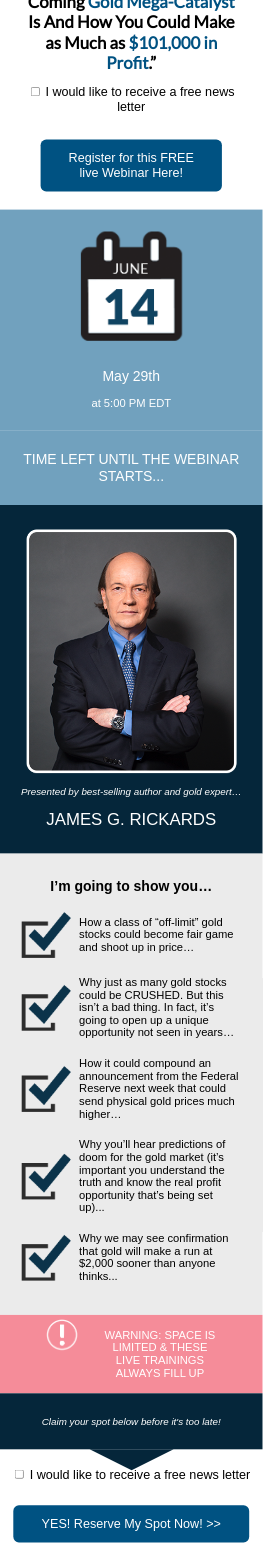
Repository: KrystellBarraza/Test
Page: index.html
These files come from the project's save history. The page is drawn as it stood at one moment and after the next save; the edit follows.
The browser window is 375 px wide. The pictures show the part of the page from y = 418 to 2658 px (the page is 2658 px tall before and 2640 px after), at 70% of full size.

Above is the page before, as saved 2019-10-07 11:41:30.

### index.html
<!DOCTYPE <!DOCTYPE html>
<!--[if lt IE 7]>      <html class="no-js lt-ie9 lt-ie8 lt-ie7"> <![endif]-->
<!--[if IE 7]>         <html class="no-js lt-ie9 lt-ie8"> <![endif]-->
<!--[if IE 8]>         <html class="no-js lt-ie9"> <![endif]-->
<!--[if gt IE 8]><!--> <html class="no-js"> <!--<![endif]-->
    <head>
        <meta charset="utf-8">
        <meta http-equiv="X-UA-Compatible" content="IE=edge">
        <title>Newsletter Offer</title>
        <meta name="description" content="Newsletter">
        <meta name="viewport" content="width=device-width, initial-scale=1">
        <link href="https://fonts.googleapis.com/css?family=Lato&display=swap" rel="stylesheet">
        <link rel="stylesheet" href="style.css">
    </head>
    <body>
        <div class="container-top">
            <div class="header">
                <p>Best-Selling Author and Gold Expert<br> Jim Rickards’ Presents…</p>
            </div>

            <div class="content">
                <hr style="border: 2px solid #005282">
                <br>

                <h1>“In just days a Never-Before- Seen Gold Anomaly
                    Will Create a Totally New Class of Penny Gold Stocks...
                    <br>
                    <br>
                    I’ve Enlisted One of the World’s Top Geologists
                    to Help Me Reveal... Live on Camera… What This<br>
                    Coming <span class="highlight">Gold Mega-Catalyst</span> Is And How You Could Make
                    as Much as <span class="highlight">$101,000 in Profit</span>.”
                </h1>
                <br>

                <input type="checkbox" name="signup" value="yes"><span style="font-size: 18px; font-family: arial, sans-serif;"> I would like to receive a free news letter</span><br>
                <br>
                <br>
                <div class="button-container">
                    <button class="button button-top"><span style="font-size: 18px; font-family: arial, sans-serif; font-weight: 500;">Register for this FREE <br>live Webinar Here!</span></button>
                </div>
            </div>
        </div>

        <div class="container-middle">
            <div class="blocks blocks-left">
                <img src="images/Calendar.png">
                <br>
                <br>
                <br>
                <p style="color: #fff; font-weight: 500;">May 29th</p>
                <br>
                <span class="time">at 5:00 PM EDT</span>
            </div>

            <div class="blocks blocks-right">
                <p style="color: #fff;">TIME LEFT UNTIL THE WEBINAR STARTS...</p>
            </div>
        </div>

        <div class="container-bottom">
            <div class="block-left">
                <img src="images/JimRickards.png">
                <br>
                <br>
                <p style="color: #fff; font-size: 14px; font-style: italic;">Presented by best-selling author and gold expert…</p>
                <br>
                <p style="color: #fff; font-size: 24px;">JAMES G. RICKARDS</p>
            </div>

            <div class="block-right">
                <p style="text-align: center; font-weight: bold;">I’m going to show you…</p>

                <table>
                    <tr>
                        <td><img src="images/checkmark.png"></td>
                        <td><p style="font-size: 16px;">How a class of “off-limit” gold stocks could become fair game and shoot up in price…</p></td>
                    </tr>

                    <tr>
                        <td><img src="images/checkmark.png"></td>
                        <td><p style="font-size: 16px;">Why just as many gold stocks could be CRUSHED. But this isn’t a bad thing.
                        In fact, it’s going to open up a unique opportunity not seen in years…</p></td>
                    </tr>

                    <tr>
                        <td><img src="images/checkmark.png"></td>
                        <td><p style="font-size: 16px;">How it could compound an announcement from the Federal Reserve next week
                        that could send physical gold prices much higher…</p></td>
                    </tr>

                    <tr>
                        <td><img src="images/checkmark.png"></td>
                        <td><p style="font-size: 16px;">Why you’ll hear predictions of doom for the gold market (it’s important you
                        understand the truth and know the real profit opportunity that’s being set up)...</p></td>
                    </tr>

                    <tr>
                        <td><img src="images/checkmark.png"></td>
                        <td><p style="font-size: 16px;">Why we may see confirmation that gold will make a run at $2,000 sooner than
                        anyone thinks...</p></td>
                    </tr>
                </table>
            </div>

        </div>

        <div class="container-footer">
            <div class="warning">
                <img src="images/exclamation.png" class="exclamation-mark"/>
                <p style="color: #fff; font-size: 16px;" class="warning-text">WARNING: SPACE IS LIMITED & THESE LIVE TRAININGS ALWAYS FILL UP</p>
            </div>

            <div class="claim">
                <p style="color: #fff; font-size: 14px; font-style: italic;">Claim your spot below before it's too late!</p>
            </div>

            <div class="checkbox">
                <input type="checkbox" name="signup" value="yes"><span style="font-size: 18px; font-family: arial, sans-serif;"> I would like to receive a free news letter</span><br>
            </div>

            <div class="closing-button">
                <button class="button button-top"><span style="font-size: 18px; font-family: arial, sans-serif; font-weight: 500;">YES! Reserve My Spot Now! >></span></button>
            </div>

            <div class="footer">
                <br>
                <br>
            </div>
        </div>

        <script src="app.js" async defer></script>
    </body>
</html>

### style.css
* {
    box-sizing: border-box;
}

html {
    scroll-behavior: smooth;
}

body {
    margin: 0;
    background-color: #fff;
}

p {
    font-family: arial, sans-serif;
    color: #000;
    margin: 0;
    font-size: 18px;
}

h1 {
    font-family: "Lato", sans-serif;
    margin: 0;
}

/* Container - Top */

.container-top {
    display: grid;
    grid-template-columns: repeat(12, 1fr);
    grid-template-rows: auto 1fr 1fr;
    grid-gap: 5px;
    grid-column-gap: 20px;
    padding-left: 24%;
    padding-right: 24%;
    padding-top: 2%;
    grid-template-areas:
    "h h h h h h h h h h h h"
    "c c c c c c c c c c c c"
    "c c c c c c c c c c c c"
    "c c c c c c c c c c c c"
    "c c c c c c c c c c c c"
    "c c c c c c c c c c c c"
    "c c c c c c c c c c c c";
}

.header {
    grid-area: h;
    text-align: center;
    line-height: 19pt;
}

.content {
    grid-area: c;
    text-align: center;
}

.highlight {
    color: #005282;
}

.button {
    background-color: #005282;
    border: none;
    color: #fff;
    padding-top: 16px;
    padding-bottom: 16px;
    padding-left: 120px;
    padding-right: 120px;
    border-radius: 8px;
}

.button-container {
    align-content: center;
}

@media screen and (max-width: 415px) {
    .container-top {
        display: grid;
        grid-template-columns: repeat(12, 1fr);
        grid-template-rows: auto 1fr 1fr;
        grid-gap: 5px;
        grid-column-gap: 20px;
        padding-left: 8%;
        padding-right: 8%;
        padding-top: 7%;
        grid-template-areas:
        "h h h h h h h h h h h h"
        "c c c c c c c c c c c c"
        "c c c c c c c c c c c c"
        "c c c c c c c c c c c c"
        "c c c c c c c c c c c c"
        "c c c c c c c c c c c c"
        "c c c c c c c c c c c c";
    }

    p {
        font-size: 15px;
    }

    h1 {
        font-size: 24px;
    }

    .button {
        padding-left: 40px;
        padding-right: 40px;
    }
}

/* Container - Middle */

.container-middle {
    display: grid;
    grid-template-columns: repeat(12, 1fr);
    grid-template-rows: auto 1fr 1fr;
    grid-gap: 5px;
    grid-column-gap: 20px;
    padding-left: 20%;
    padding-right: 20%;
    padding-top: 2%;
    grid-template-areas:
    "l l l l r r r r r r r r"
    "l l l l r r r r r r r r"
    "l l l l r r r r r r r r"
    "l l l l r r r r r r r r"
    "l l l l r r r r r r r r";
}

.blocks {
    background-color: #71a1be;
    color: #fff;
    padding-top: 30px;
    padding-bottom: 30px;
}

.blocks-left {
    grid-area: l;
    text-align: center;
}

.blocks-left > img {
    object-fit: contain;
    width: 40%;
}

.blocks-right {
    grid-area: r;
    text-align: center;
}

.time {
    font-size: 10px!important;
    font-family: arial, sans-serif;
}

@media screen and (max-width: 415px) {
    .container-middle {
        display: grid;
        grid-template-columns: repeat(12, 1fr);
        grid-template-rows: auto 1fr 1fr;
        grid-gap: 0;
        grid-column-gap: 20px;
        padding-left: 0%;
        padding-right: 0%;
        padding-top: 7%;
        grid-template-areas:
        "l l l l l l l l l l l l"
        "l l l l l l l l l l l l"
        "l l l l l l l l l l l l"
        "l l l l l l l l l l l l"
        "l l l l l l l l l l l l"
        "r r r r r r r r r r r r"
        "r r r r r r r r r r r r"
        "r r r r r r r r r r r r"
        "r r r r r r r r r r r r"
        "r r r r r r r r r r r r";
    }

    p {
        font-size: 20px;
    }

    .time {
        font-size: 16px!important;
    }
}

/* Container - Bottom */

.container-bottom {
    display: grid;
    grid-template-columns: repeat(13, 1fr);
    grid-template-rows: auto 1fr 1fr;
    grid-gap: 5px;
    grid-column-gap: 0px;
    padding-left: 20%;
    padding-right: 20%;
    padding-top: 2%;
    grid-template-areas:
    "b b b b b b g g g g g g g"
    "b b b b b b g g g g g g g"
    "b b b b b b g g g g g g g"
    "b b b b b b g g g g g g g"
    "b b b b b b g g g g g g g";
}

.block-left {
    grid-area: b;
    background-color: #05263a;
    text-align: center;
    padding-top: 35px;
    padding-bottom: 35px;
}

.block-left > img {
    object-fit: contain;
    width: 80%;
}

.block-right {
    grid-area: g;
    background-color: #ebebeb;
    color: #000;
    padding-top: 35px;
    padding-bottom: 35px;
    padding-left: 20px;
    padding-right: 20px;
}

td {
    padding-top: 15px;
}

table {
    border-spacing: 10px 10px;
}

@media screen and (max-width: 414px) {
    .container-bottom {
        display: grid;
        grid-template-columns: repeat(8, 1fr);
        grid-template-rows: auto 1fr 1fr;
        grid-gap: 0;
        grid-column-gap: 20px;
        padding: 0;
        grid-template-areas:
        "b b b b b b b b"
        "b b b b b b b b"
        "b b b b b b b b"
        "b b b b b b b b"
        "b b b b b b b b"
        "g g g g g g g g"
        "g g g g g g g g"
        "g g g g g g g g"
        "g g g g g g g g"
        "g g g g g g g g";
    }
}

/* Container - Footer */

.container-footer {
    display: grid;
    grid-template-columns: repeat(12, 1fr);
    grid-template-rows: auto 1fr 1fr;
    grid-column-gap: 20px;
    padding-left: 20%;
    padding-right: 20%;
    padding-top: 2%;
    grid-template-areas:
    "p p p p p p p p p p p p"
    "n n n n n n n n n n n n"
    "w w w w w w w w w w w w"
    "s s s s s s s s s s s s"
    "f f f f f f f f f f f f";
}

.warning {
    grid-area: p;
    background-color: #f58c99;
    text-align: center;
    align-content: center;
    padding-left: 60px;
    padding-right: 60px;
    display: flex;
}

.exclamation-mark {
    width: 45px;
    height: 45px;
    margin: 6px;
}

.warning-text {
    padding-top: 20px;
    padding-left: 25px;
    padding-bottom: 20px;
}

.claim {
    grid-area: n;
    background-color: #05263a;
    text-align: center;
    padding-top: 32px;
    padding-bottom: 32px;
    position: relative;
}

.claim::after {
    content:'';
    position: absolute;
    top: 100%;
    left: 0;
    right: 0;
    margin: 0 auto;
    width: 0;
    height: 0;
    border-top: solid 30px #05263a;
    border-left: solid 60px transparent;
    border-right: solid 60px transparent;
}

.checkbox {
    grid-area: w;
    text-align: center;
    padding-top: 26px;
    padding-bottom: 26px;
}

.closing-button {
    grid-area: s;
    text-align: center;
}

.footer {
    grid-area: f;
}

@media screen and (max-width: 414px) {
    .container-footer {
        display: grid;
        grid-template-columns: repeat(12, 1fr);
        grid-template-rows: auto 1fr 1fr;
        grid-column-gap: 20px;
        padding: 0;
        grid-template-areas:
        "p p p p p p p p p p p p"
        "n n n n n n n n n n n n"
        "w w w w w w w w w w w w"
        "s s s s s s s s s s s s"
        "f f f f f f f f f f f f";
    }
}

Loaded but not shown: app.js (no stored copy; drawn as an empty file)

After the next save:
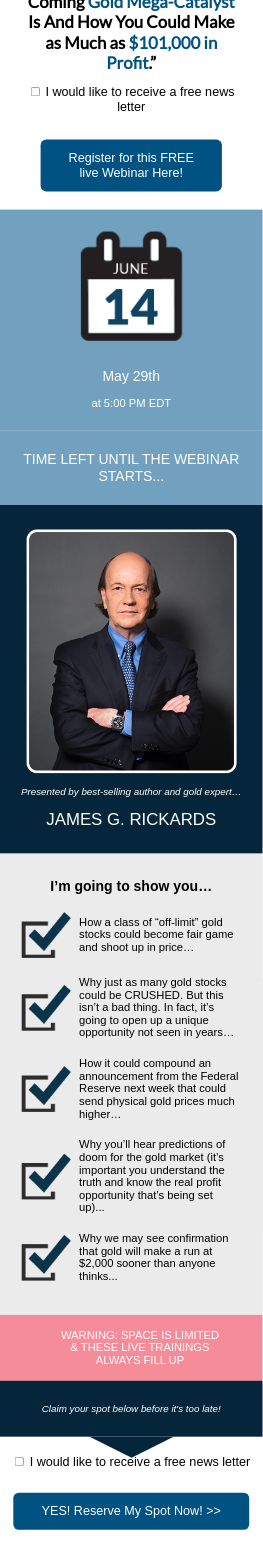
Saved 67 s later.
--- a/style.css
+++ b/style.css
@@ -351,4 +351,8 @@
         "s s s s s s s s s s s s"
         "f f f f f f f f f f f f";
     }
-}
+
+    .exclamation-mark {
+        display: none;
+    }
+}
